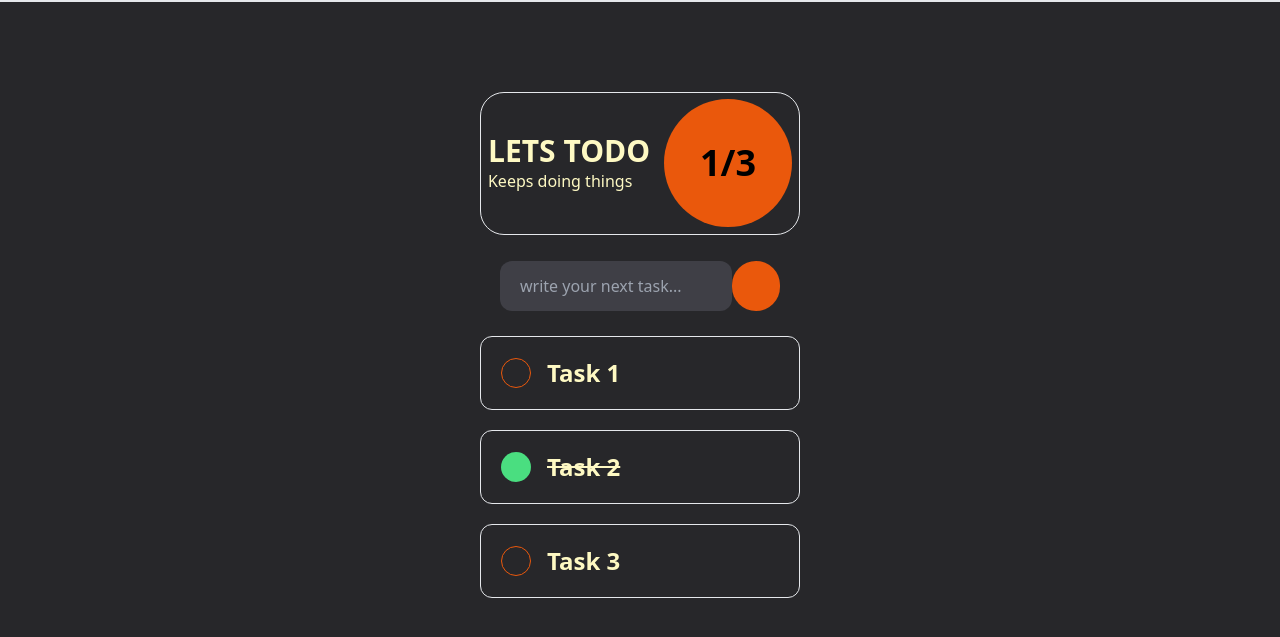
Repository: krayush1109/ToDo_List-React
Page: /
These files come from the project's save history. The page is drawn as it stood at one moment and after the next save; the edit follows.
The browser window is 1280 px wide. The pictures show the whole page.
The project was rebuilt for these pictures with package versions that can differ from the ones it lists, and the page was loaded fresh each time. Also part of the build but not shown: vite.config.js.

Above is the page before, as saved 2024-07-23 00:20:15.

After the next save:
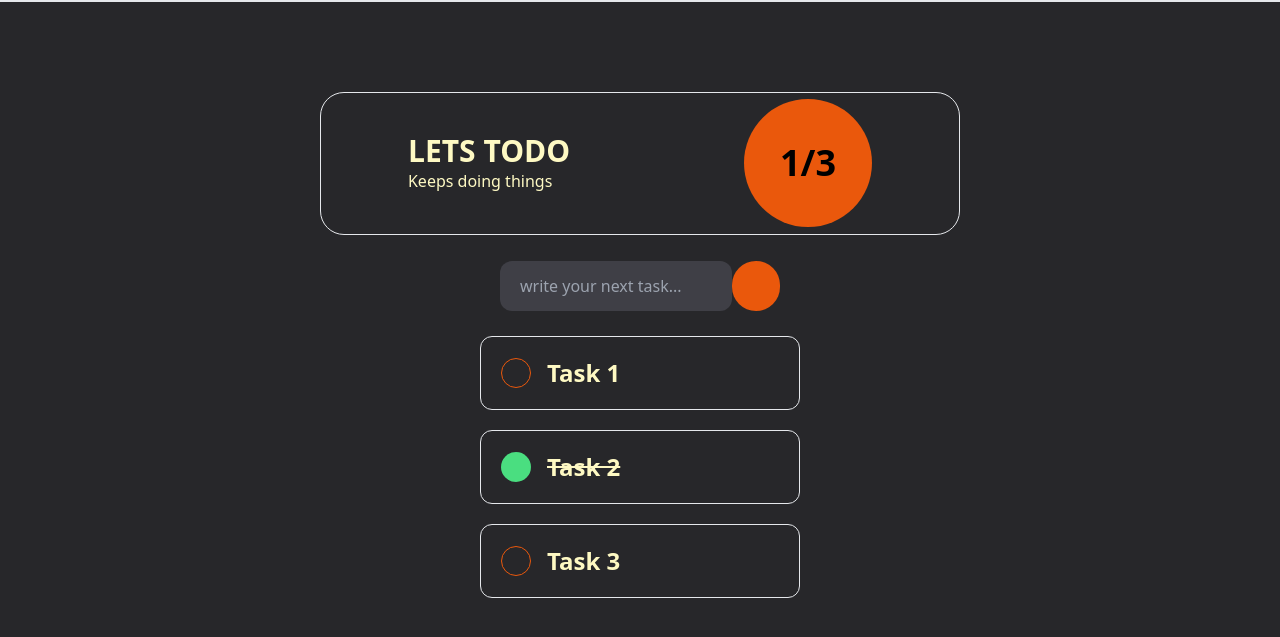
Saved 8 s later.
--- a/src/Components/style_ui.css
+++ b/src/Components/style_ui.css
@@ -5,7 +5,7 @@
 }
 
 .header-container {
-    @apply mt-[7%] w-[25vmax] h-[20%] border rounded-3xl flex justify-around items-center;
+    @apply mt-[7%] w-[50vmax] h-[20%] border rounded-3xl flex justify-around items-center;
 }
 
 .header-text {

After the save that followed:
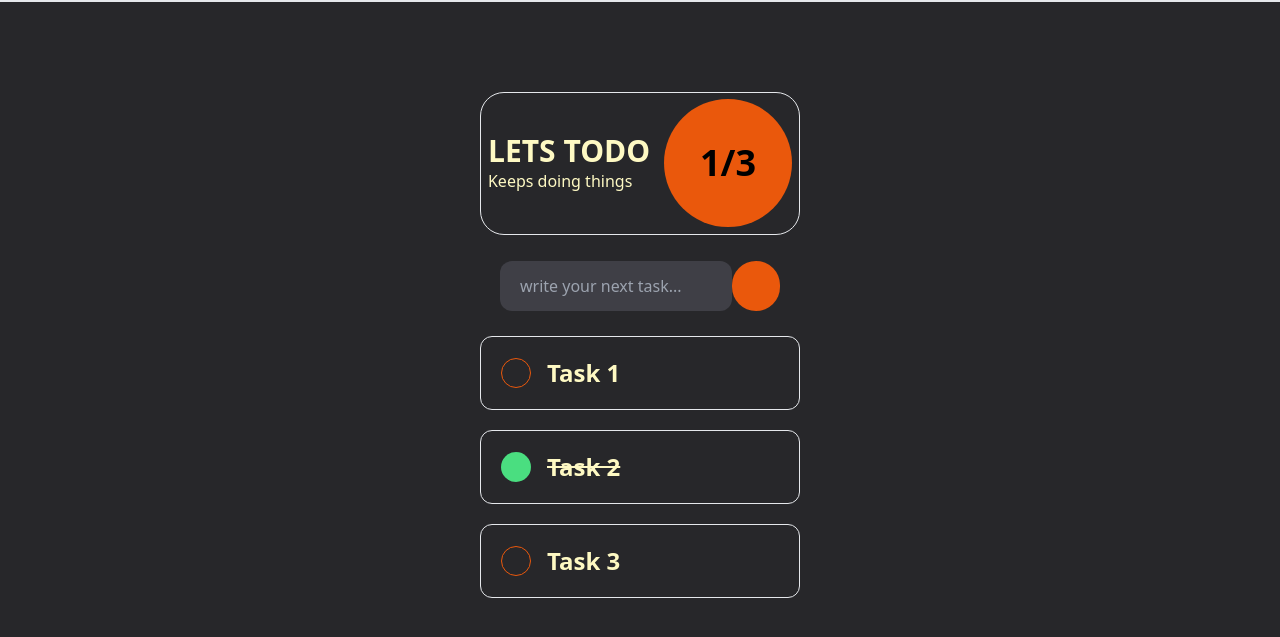
Saved 11 s later.
--- a/src/Components/style_ui.css
+++ b/src/Components/style_ui.css
@@ -5,7 +5,7 @@
 }
 
 .header-container {
-    @apply mt-[7%] w-[50vmax] h-[20%] border rounded-3xl flex justify-around items-center;
+    @apply mt-[7%] w-[25vmax] h-[20%] border rounded-3xl flex justify-around items-center;
 }
 
 .header-text {
